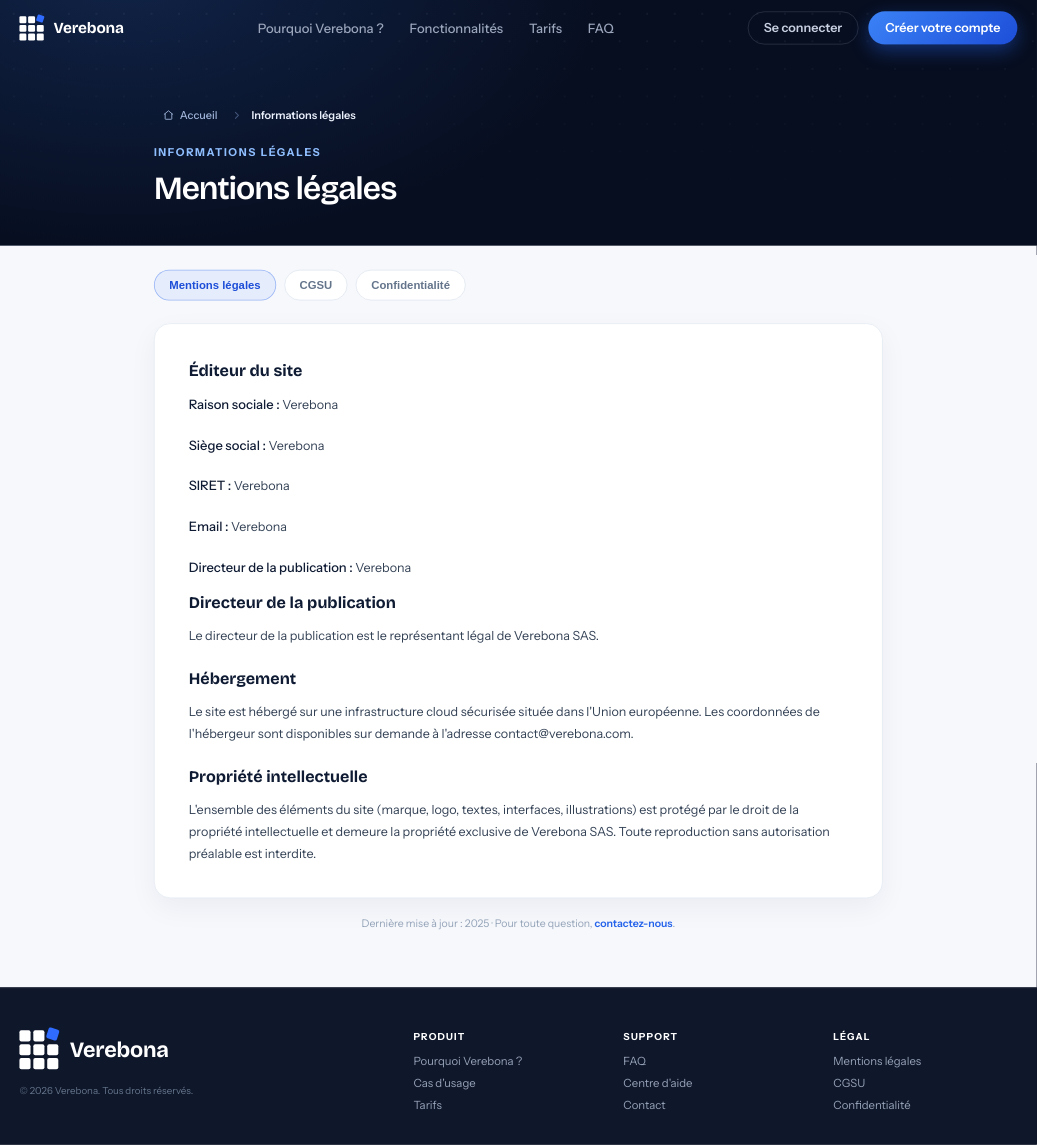
Repository: AdminVerebona/verebona-public
Page: /mentions-legales
The author's editor kept a copy of each file at every save. The page is drawn from the files as they stood at one save, then again after the next save.
The browser window is 1280 px wide. The pictures show the whole page, at 81% of full size.
The project was rebuilt for these pictures with package versions that can differ from the ones it lists, and the page was loaded fresh each time. Also part of the build but not shown: next.config.mjs, vite.config.js, vite.config.ts, src/composables/useLanding.ts, src/sections/HeroSection.vue, src/sections/WhySection.vue, src/sections/UseCasesSection.vue, src/sections/FeaturesSection.vue and 6 more.

Above is the page before, as saved 2026-07-10 15:08:40.

### index.html
<!doctype html>
<html lang="fr">
  <head>
    <meta charset="UTF-8" />
    <meta name="viewport" content="width=device-width, initial-scale=1.0" />
    <title>Verebona — Centralisez, organisez, valorisez vos biens</title>
    <meta
      name="description"
      content="Verebona centralise vos biens, documents et échéances pour les retrouver facilement, anticiper les dates importantes et valoriser vos biens le moment venu."
    />
  </head>
  <body>
    <div id="app"></div>
    <script type="module" src="/src/main.ts"></script>
  </body>
</html>

### src/main.ts
import { createApp } from 'vue'
import App from './App.vue'
import router from './router'
import { vHover } from './directives/hover'
import './style.css'

createApp(App)
  .use(router)
  .directive('hover', vHover)
  .mount('#app')

### src/App.vue
<template>
  <div style="background:#070E20;color:#EAF0FB;overflow-x:hidden;min-height:100vh">
    <AppHeader />
    <router-view />
    <AppFooter />
  </div>
</template>

<script setup lang="ts">
import { onMounted, watch, nextTick } from 'vue'
import { useRoute } from 'vue-router'
import AppHeader from './components/AppHeader.vue'
import AppFooter from './components/AppFooter.vue'
import { useScrollReveal } from './composables/useScrollReveal'

const route = useRoute()
const { scan } = useScrollReveal()

onMounted(() => { scan() })

// Re-scan reveal targets whenever the route (page) changes.
watch(
  () => route.fullPath,
  () => { nextTick(() => setTimeout(scan, 60)) },
)
</script>

### src/router/index.ts
import { createRouter, createWebHistory } from 'vue-router'
import HomeView from '../views/HomeView.vue'

const routes = [
  { path: '/', name: 'home', component: HomeView },
  { path: '/aide', name: 'help', component: () => import('../views/HelpView.vue') },
  { path: '/contact', name: 'contact', component: () => import('../views/ContactView.vue') },
  { path: '/mentions-legales', name: 'legal-mentions', component: () => import('../views/LegalView.vue') },
  { path: '/cgu', name: 'legal-cgu', component: () => import('../views/LegalView.vue') },
  { path: '/confidentialite', name: 'legal-confid', component: () => import('../views/LegalView.vue') },
  { path: '/:pathMatch(.*)*', name: 'not-found', component: () => import('../views/NotFoundView.vue') },
]

const router = createRouter({
  history: createWebHistory(),
  routes,
  scrollBehavior(to) {
    if (to.hash) return { el: to.hash, behavior: 'smooth' }
    return { top: 0 }
  },
})

export default router

### src/directives/hover.ts
import type { Directive } from 'vue'

/**
 * v-hover — applies a set of inline styles while the pointer is over the
 * element, and restores the previous values on leave. Reproduces the
 * `style-hover` behaviour of the design prototype.
 *
 * Usage:  <a v-hover="{ color: '#fff', transform: 'translateY(-1px)' }">
 */
type HoverStyles = Record<string, string>

interface HoverEl extends HTMLElement {
  __hoverEnter?: () => void
  __hoverLeave?: () => void
}

export const vHover: Directive<HoverEl, HoverStyles> = {
  mounted(el, binding) {
    const styles = binding.value || {}
    const original: HoverStyles = {}

    const enter = () => {
      for (const key in styles) {
        original[key] = (el.style as any)[key]
        ;(el.style as any)[key] = styles[key]
      }
    }
    const leave = () => {
      for (const key in styles) {
        ;(el.style as any)[key] = original[key] || ''
      }
    }

    el.__hoverEnter = enter
    el.__hoverLeave = leave
    el.addEventListener('mouseenter', enter)
    el.addEventListener('mouseleave', leave)
  },
  unmounted(el) {
    if (el.__hoverEnter) el.removeEventListener('mouseenter', el.__hoverEnter)
    if (el.__hoverLeave) el.removeEventListener('mouseleave', el.__hoverLeave)
  },
}

### src/style.css
/* ============================================================
   Verebona — global styles
   Fonts, resets, scroll-reveal animation, responsive rules.
   All component-level styling is inline in the .vue templates
   (ported 1:1 from the validated design prototype).
   ============================================================ */

@import url('https://fonts.googleapis.com/css2?family=Bricolage+Grotesque:opsz,wght@12..96,400;12..96,500;12..96,600;12..96,700&family=Instrument+Sans:wght@400;500;600;700&family=Space+Mono:wght@400;700&display=swap');

* { box-sizing: border-box; }
html, body { margin: 0; padding: 0; }
body {
  font-family: 'Instrument Sans', system-ui, sans-serif;
  -webkit-font-smoothing: antialiased;
  background: #070E20;
}
h1, h2, h3, h4 { font-family: 'Bricolage Grotesque', sans-serif; margin: 0; }
p { margin: 0; }
a { text-decoration: none; color: inherit; }
a:hover { color: inherit; }

@keyframes vb-float { 0%, 100% { transform: translateY(0); } 50% { transform: translateY(-14px); } }
@keyframes vb-float-s { 0%, 100% { transform: translateY(0); } 50% { transform: translateY(-9px); } }
@keyframes vb-marquee { 0% { transform: translateX(0); } 100% { transform: translateX(-50%); } }

section[id] { scroll-margin-top: 82px; }

/* Scroll reveal */
.vb-reveal,
.vb-rgroup > * {
  transition: opacity .8s cubic-bezier(.16, 1, .3, 1), transform .8s cubic-bezier(.16, 1, .3, 1);
  will-change: opacity, transform;
}
.vb-anim .vb-reveal,
.vb-anim .vb-rgroup > * { opacity: 0; transform: translateY(40px) scale(.985); }
.vb-reveal.vb-in,
.vb-rgroup > .vb-in { opacity: 1 !important; transform: none !important; }
@media (prefers-reduced-motion: reduce) {
  .vb-reveal,
  .vb-rgroup > * { opacity: 1 !important; transform: none !important; transition: none !important; }
}

/* Responsive */
.r-burger, .r-mobile-menu { display: none; }
@media (max-width: 860px) {
  h1 { font-size: 37px !important; line-height: 1.08 !important; }
  h2 { font-size: 26px !important; line-height: 1.22 !important; }
  .r-nav, .r-hide-m, .r-dots, .r-browser { display: none !important; }
  .r-burger { display: inline-flex !important; }
  .r-mobile-menu { display: flex !important; }
  .r-hero, .r-2, .r-2b, .r-3, .r-4, .r-cta { grid-template-columns: 1fr !important; }
  .r-contact { grid-template-columns: 1fr !important; }
  .r-footer { grid-template-columns: 1fr 1fr !important; gap: 24px !important; }
  .r-mock { flex-direction: column !important; align-items: center !important; gap: 0 !important; }
  .r-uc { flex-direction: column !important; }
  .r-uc-panel { min-width: 0 !important; padding: 22px 20px !important; }
  .r-2 { grid-template-columns: 1fr !important; }
  .r-tri { grid-template-columns: 1fr !important; }
}

### src/composables/useScrollReveal.ts
/**
 * Scroll-reveal: adds `.vb-in` to `.vb-reveal` / `.vb-rgroup` elements as they
 * enter the viewport (staggering the children of a group). Ported from the
 * prototype's IntersectionObserver logic. Honours prefers-reduced-motion and
 * has a safety timeout so content is never left hidden.
 */
let io: IntersectionObserver | null = null

const reduce =
  typeof window !== 'undefined' &&
  !!window.matchMedia &&
  window.matchMedia('(prefers-reduced-motion: reduce)').matches

if (!reduce && typeof document !== 'undefined') {
  document.documentElement.classList.add('vb-anim')
}

function revealAll() {
  document.querySelectorAll('.vb-reveal').forEach((e) => e.classList.add('vb-in'))
  document.querySelectorAll('.vb-rgroup > *').forEach((e) => e.classList.add('vb-in'))
}

function ensureObserver() {
  if (io || reduce || typeof window === 'undefined' || !('IntersectionObserver' in window)) return
  io = new IntersectionObserver(
    (entries) => {
      entries.forEach((entry) => {
        if (!entry.isIntersecting) return
        const el = entry.target as HTMLElement
        io!.unobserve(el)
        if (el.classList.contains('vb-rgroup')) {
          Array.from(el.children).forEach((c, i) => {
            ;(c as HTMLElement).style.transitionDelay = i * 90 + 'ms'
            c.classList.add('vb-in')
          })
        } else {
          el.classList.add('vb-in')
        }
      })
    },
    { threshold: 0.12, rootMargin: '0px 0px -8% 0px' },
  )
}

export function useScrollReveal() {
  function scan() {
    if (reduce || typeof window === 'undefined' || !('IntersectionObserver' in window)) {
      revealAll()
      return
    }
    ensureObserver()
    document.querySelectorAll('.vb-reveal, .vb-rgroup').forEach((el) => io!.observe(el))
    // Safety net: never leave content hidden.
    window.setTimeout(revealAll, 2200)
  }
  return { scan }
}

### src/views/LegalView.vue
<template>
<section style="position:relative;padding:128px 24px 48px;overflow:hidden;background:radial-gradient(1000px 560px at 12% -10%,rgba(59,130,246,.18),transparent 60%),#070E20">
  <div style="position:absolute;inset:0;background-image:radial-gradient(rgba(148,163,184,.09) 1px,transparent 1px);background-size:34px 34px;-webkit-mask-image:linear-gradient(to bottom,#000,transparent 85%);mask-image:linear-gradient(to bottom,#000,transparent 85%);pointer-events:none"></div>
  <div style="max-width:900px;margin:0 auto;position:relative">
    <nav aria-label="Fil d'Ariane" style="margin-bottom:24px"><ol style="display:flex;align-items:center;gap:6px;list-style:none;margin:0;padding:0;font-size:13.5px"><li style="display:flex;align-items:center"><a href="#" @click.prevent="goHome" style="display:inline-flex;align-items:center;gap:7px;color:#9FB4D8;font-weight:500;padding:6px 11px;border-radius:9px;cursor:pointer;transition:color .15s,background .15s" v-hover="{color:'#fff',background:'rgba(255,255,255,.06)'}"><svg width="14" height="14" viewBox="0 0 24 24" fill="none" stroke="currentColor" stroke-width="1.9" stroke-linecap="round" stroke-linejoin="round"><path d="M3 10.5 12 3l9 7.5"/><path d="M5 9.5V20a1 1 0 0 0 1 1h12a1 1 0 0 0 1-1V9.5"/></svg>Accueil</a></li><li aria-hidden="true" style="display:flex;color:#42557A"><svg width="15" height="15" viewBox="0 0 24 24" fill="none" stroke="currentColor" stroke-width="2" stroke-linecap="round" stroke-linejoin="round"><path d="M9 6l6 6-6 6"/></svg></li><li aria-current="page" style="color:#EAF0FB;font-weight:600;padding:6px 4px">{{ crumbLabel }}</li></ol></nav>
    <div style="font-size:13.5px;letter-spacing:.15em;text-transform:uppercase;font-weight:800;color:#8FBEFF;margin-bottom:16px">Informations légales</div>
    <h1 style="font-size:40px;line-height:1.08;font-weight:600;letter-spacing:-.025em;color:#fff">{{ legalTitle }}</h1>
  </div>
</section>
<section style="background:#F6F8FC;padding:30px 24px 72px">
  <div style="max-width:900px;margin:0 auto">
    <div style="display:flex;flex-wrap:wrap;gap:10px;margin-bottom:28px">
      <button type="button" :style="legalMentionsStyle" @click.prevent="goMentions">Mentions légales</button>
      <button type="button" :style="legalCGUStyle" @click.prevent="goCGU">CGSU</button>
      <button type="button" :style="legalConfidStyle" @click.prevent="goConfid">Confidentialité</button>
    </div>
    <div style="background:#fff;border:1px solid #E6EBF3;border-radius:20px;padding:40px 42px;box-shadow:0 12px 34px rgba(15,27,51,.05)">
      <template v-if="isMentions">
        <div style="font-size:15.5px;line-height:1.75;color:#334155">
          <h2 style="font-size:20px;font-weight:700;color:#0F1B33;font-family:'Bricolage Grotesque',sans-serif;margin:0 0 10px">Éditeur du site</h2>
          <p style="margin:0 0 22px"><span style="font-size:16px;font-weight:500;color:#0F1B33">Raison sociale :</span> Verebona</p>
          <p style="margin:0 0 22px"><span style="font-size:16px;font-weight:500;color:#0F1B33">Siège social :</span> Verebona</p>
          <p style="margin:0 0 22px"><span style="font-size:16px;font-weight:500;color:#0F1B33">SIRET :</span> Verebona</p>
          <p style="margin:0 0 22px"><span style="font-size:16px;font-weight:500;color:#0F1B33">Email :</span> Verebona</p>
          <p style="margin:0 0 12px"><span style="font-size:16px;font-weight:500;color:#0F1B33">Directeur de la publication :</span> Verebona</p>
          <h2 style="font-size:20px;font-weight:700;color:#0F1B33;font-family:'Bricolage Grotesque',sans-serif;margin:0 0 10px">Directeur de la publication</h2>
          <p style="margin:0 0 22px">Le directeur de la publication est le représentant légal de Verebona SAS.</p>
          <h2 style="font-size:20px;font-weight:700;color:#0F1B33;font-family:'Bricolage Grotesque',sans-serif;margin:0 0 10px">Hébergement</h2>
          <p style="margin:0 0 22px">Le site est hébergé sur une infrastructure cloud sécurisée située dans l'Union européenne. Les coordonnées de l'hébergeur sont disponibles sur demande à l'adresse contact@verebona.com.</p>
          <h2 style="font-size:20px;font-weight:700;color:#0F1B33;font-family:'Bricolage Grotesque',sans-serif;margin:0 0 10px">Propriété intellectuelle</h2>
          <p style="margin:0">L'ensemble des éléments du site (marque, logo, textes, interfaces, illustrations) est protégé par le droit de la propriété intellectuelle et demeure la propriété exclusive de Verebona SAS. Toute reproduction sans autorisation préalable est interdite.</p>
        </div>
      </template>
      <template v-if="isCGU">
        <div style="font-size:15.5px;line-height:1.75;color:#334155">
          <h2 style="font-size:20px;font-weight:700;color:#0F1B33;font-family:'Bricolage Grotesque',sans-serif;margin:0 0 10px">1. Objet</h2>
          <p style="margin:0 0 22px">Les présentes conditions générales de service et d'utilisation (CGSU) définissent les modalités d'accès et d'utilisation de la plateforme Verebona, service de centralisation et d'organisation documentaire du patrimoine.</p>
          <h2 style="font-size:20px;font-weight:700;color:#0F1B33;font-family:'Bricolage Grotesque',sans-serif;margin:0 0 10px">2. Compte et abonnement</h2>
          <p style="margin:0 0 22px">L'accès au service nécessite la création d'un compte et la souscription d'une offre. L'utilisateur s'engage à fournir des informations exactes et à préserver la confidentialité de ses identifiants.</p>
          <h2 style="font-size:20px;font-weight:700;color:#0F1B33;font-family:'Bricolage Grotesque',sans-serif;margin:0 0 10px">3. Nature du service</h2>
          <p style="margin:0 0 22px">Verebona est une plateforme d'organisation. Les documents importés ne sont ni certifiés, ni validés, ni garantis juridiquement. L'utilisateur reste seul responsable de l'exactitude des informations qu'il enregistre.</p>
          <h2 style="font-size:20px;font-weight:700;color:#0F1B33;font-family:'Bricolage Grotesque',sans-serif;margin:0 0 10px">4. Responsabilités</h2>
          <p style="margin:0 0 22px">Verebona met en œuvre les moyens raisonnables pour assurer la disponibilité et la sécurité du service, sans obligation de résultat concernant une disponibilité ininterrompue.</p>
          <h2 style="font-size:20px;font-weight:700;color:#0F1B33;font-family:'Bricolage Grotesque',sans-serif;margin:0 0 10px">5. Résiliation</h2>
          <p style="margin:0">L'utilisateur peut résilier son abonnement à tout moment. Des modalités de récupération des données sont prévues afin d'éviter tout verrouillage à la fin du contrat.</p>
        </div>
      </template>
      <template v-if="isConfid">
        <div style="font-size:15.5px;line-height:1.75;color:#334155">
          <h2 style="font-size:20px;font-weight:700;color:#0F1B33;font-family:'Bricolage Grotesque',sans-serif;margin:0 0 10px">Données collectées</h2>
          <p style="margin:0 0 22px">Verebona collecte les données nécessaires au fonctionnement du service : informations de compte, contenus importés (fiches de biens, documents) et données d'usage strictement utiles à l'amélioration du service.</p>
          <h2 style="font-size:20px;font-weight:700;color:#0F1B33;font-family:'Bricolage Grotesque',sans-serif;margin:0 0 10px">Finalités</h2>
          <p style="margin:0 0 22px">Les données sont traitées pour fournir le service, assurer la sécurité, et répondre aux obligations légales. Elles ne sont jamais cédées à des tiers à des fins commerciales.</p>
          <h2 style="font-size:20px;font-weight:700;color:#0F1B33;font-family:'Bricolage Grotesque',sans-serif;margin:0 0 10px">Sécurité</h2>
          <p style="margin:0 0 22px">Vos données sont chiffrées lors du stockage et des échanges, et hébergées sur une infrastructure sécurisée au sein de l'Union européenne.</p>
          <h2 style="font-size:20px;font-weight:700;color:#0F1B33;font-family:'Bricolage Grotesque',sans-serif;margin:0 0 10px">Vos droits</h2>
          <p style="margin:0">Conformément au RGPD, vous disposez d'un droit d'accès, de rectification, de portabilité et de suppression de vos données. Pour exercer ces droits, écrivez à contact@verebona.com.</p>
        </div>
      </template>
    </div>
    <p style="font-size:13px;color:#94A3B8;margin-top:22px;text-align:center">Dernière mise à jour : 2025 · Pour toute question, <a href="#" @click.prevent="goContact" style="color:#2563EB;font-weight:600">contactez-nous</a>.</p>
  </div>
</section>
</template>

<script setup lang="ts">
import { useLegal } from '../composables/useLegal'
import { useNav } from '../composables/useNav'
const { isMentions, isCGU, isConfid, legalTitle, legalMentionsStyle, legalCGUStyle, legalConfidStyle, crumbLabel } = useLegal()
const { goHome, goContact, goMentions, goCGU, goConfid } = useNav()
</script>

### src/composables/useNav.ts
import { ref, computed, nextTick } from 'vue'
import { useRouter, useRoute } from 'vue-router'

// Shared across header + footer + mobile menu.
const menuOpen = ref(false)

/**
 * useNav — header/footer navigation. Page links use vue-router; the four
 * in-page section links (Pourquoi / Fonctionnalités / Tarifs / FAQ) route to
 * home first if needed, then smooth-scroll to the anchor.
 */
export function useNav() {
  const router = useRouter()
  const route = useRoute()

  const toggleMenu = () => { menuOpen.value = !menuOpen.value }
  const closeMenu = () => { menuOpen.value = false }

  function scrollToId(id: string) {
    const el = document.getElementById(id)
    if (el && el.scrollIntoView) {
      try { el.scrollIntoView({ behavior: 'smooth', block: 'start' }) } catch { /* noop */ }
    }
  }
  function goToAnchor(id: string) {
    closeMenu()
    if (route.path !== '/') {
      router.push('/').then(() => nextTick(() => setTimeout(() => scrollToId(id), 80)))
    } else {
      scrollToId(id)
    }
  }

  const goHome = () => { closeMenu(); router.push('/') }
  const goAide = () => { closeMenu(); router.push('/aide') }
  const goContact = () => { closeMenu(); router.push('/contact') }
  const goMentions = () => { closeMenu(); router.push('/mentions-legales') }
  const goCGU = () => { closeMenu(); router.push('/cgu') }
  const goConfid = () => { closeMenu(); router.push('/confidentialite') }

  const navPourquoi = () => goToAnchor('pourquoi')
  const navFeatures = () => goToAnchor('features')
  const navPricing = () => goToAnchor('pricing')
  const navFaq = () => goToAnchor('faq')
  const navCasUsage = () => goToAnchor('cas-usage')

  const burgerBase = 'display:block;width:20px;height:2px;border-radius:2px;background:#fff;transition:transform .25s,opacity .25s;'
  const burgerTop = computed(() => burgerBase + 'transform:' + (menuOpen.value ? 'translateY(6px) rotate(45deg)' : 'none'))
  const burgerMid = computed(() => burgerBase + 'opacity:' + (menuOpen.value ? '0' : '1'))
  const burgerBot = computed(() => burgerBase + 'transform:' + (menuOpen.value ? 'translateY(-6px) rotate(-45deg)' : 'none'))

  return {
    menuOpen, toggleMenu, closeMenu,
    goHome, goAide, goContact, goMentions, goCGU, goConfid,
    navPourquoi, navFeatures, navPricing, navFaq, navCasUsage,
    burgerTop, burgerMid, burgerBot,
  }
}

### src/composables/useLegal.ts
import { computed } from 'vue'
import { useRoute } from 'vue-router'

/**
 * Legal page — a single view with three tabs (mentions / cgu / confid),
 * each mapped to its own route so they are independently linkable & indexable:
 *   /mentions-legales   /cgu   /confidentialite
 */
export function useLegal() {
  const route = useRoute()

  const tab = computed<'mentions' | 'cgu' | 'confid'>(() => {
    if (route.path.includes('cgu')) return 'cgu'
    if (route.path.includes('confidentialite')) return 'confid'
    return 'mentions'
  })

  const isMentions = computed(() => tab.value === 'mentions')
  const isCGU = computed(() => tab.value === 'cgu')
  const isConfid = computed(() => tab.value === 'confid')

  const legalTitle = computed(() =>
    tab.value === 'cgu'
      ? "Conditions générales de service et d'utilisation"
      : tab.value === 'confid'
        ? 'Politique de confidentialité'
        : 'Mentions légales',
  )

  const tabStyle = (a: boolean) =>
    `padding:10px 18px;border-radius:999px;font-size:14px;font-weight:600;cursor:pointer;border:1px solid ${a ? 'rgba(37,99,235,.4)' : '#E2E8F0'};background:${a ? 'rgba(37,99,235,.08)' : '#fff'};color:${a ? '#1D4ED8' : '#64748B'};transition:all .15s`

  const legalMentionsStyle = computed(() => tabStyle(isMentions.value))
  const legalCGUStyle = computed(() => tabStyle(isCGU.value))
  const legalConfidStyle = computed(() => tabStyle(isConfid.value))

  return {
    isMentions, isCGU, isConfid, legalTitle,
    legalMentionsStyle, legalCGUStyle, legalConfidStyle,
    crumbLabel: 'Informations légales',
  }
}

Loaded but not shown: src/components/AppHeader.vue (68 lines, source omitted); src/components/AppFooter.vue (21 lines, source omitted)

After the next save:
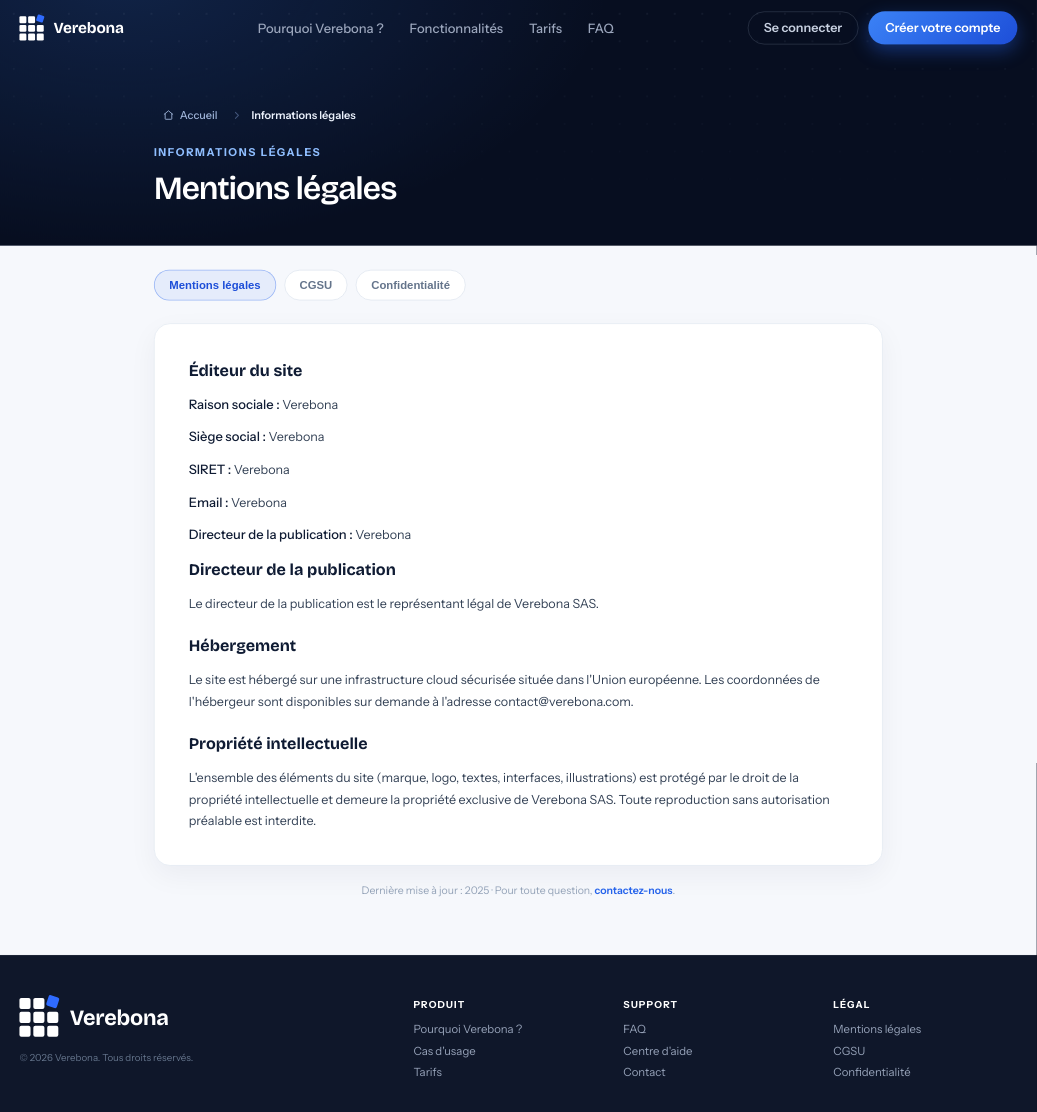
Saved 4 s later.
--- a/src/views/LegalView.vue
+++ b/src/views/LegalView.vue
@@ -18,10 +18,10 @@
       <template v-if="isMentions">
         <div style="font-size:15.5px;line-height:1.75;color:#334155">
           <h2 style="font-size:20px;font-weight:700;color:#0F1B33;font-family:'Bricolage Grotesque',sans-serif;margin:0 0 10px">Éditeur du site</h2>
-          <p style="margin:0 0 22px"><span style="font-size:16px;font-weight:500;color:#0F1B33">Raison sociale :</span> Verebona</p>
-          <p style="margin:0 0 22px"><span style="font-size:16px;font-weight:500;color:#0F1B33">Siège social :</span> Verebona</p>
-          <p style="margin:0 0 22px"><span style="font-size:16px;font-weight:500;color:#0F1B33">SIRET :</span> Verebona</p>
-          <p style="margin:0 0 22px"><span style="font-size:16px;font-weight:500;color:#0F1B33">Email :</span> Verebona</p>
+          <p style="margin:0 0 12px"><span style="font-size:16px;font-weight:500;color:#0F1B33">Raison sociale :</span> Verebona</p>
+          <p style="margin:0 0 12px"><span style="font-size:16px;font-weight:500;color:#0F1B33">Siège social :</span> Verebona</p>
+          <p style="margin:0 0 12px"><span style="font-size:16px;font-weight:500;color:#0F1B33">SIRET :</span> Verebona</p>
+          <p style="margin:0 0 12px"><span style="font-size:16px;font-weight:500;color:#0F1B33">Email :</span> Verebona</p>
           <p style="margin:0 0 12px"><span style="font-size:16px;font-weight:500;color:#0F1B33">Directeur de la publication :</span> Verebona</p>
           <h2 style="font-size:20px;font-weight:700;color:#0F1B33;font-family:'Bricolage Grotesque',sans-serif;margin:0 0 10px">Directeur de la publication</h2>
           <p style="margin:0 0 22px">Le directeur de la publication est le représentant légal de Verebona SAS.</p>
